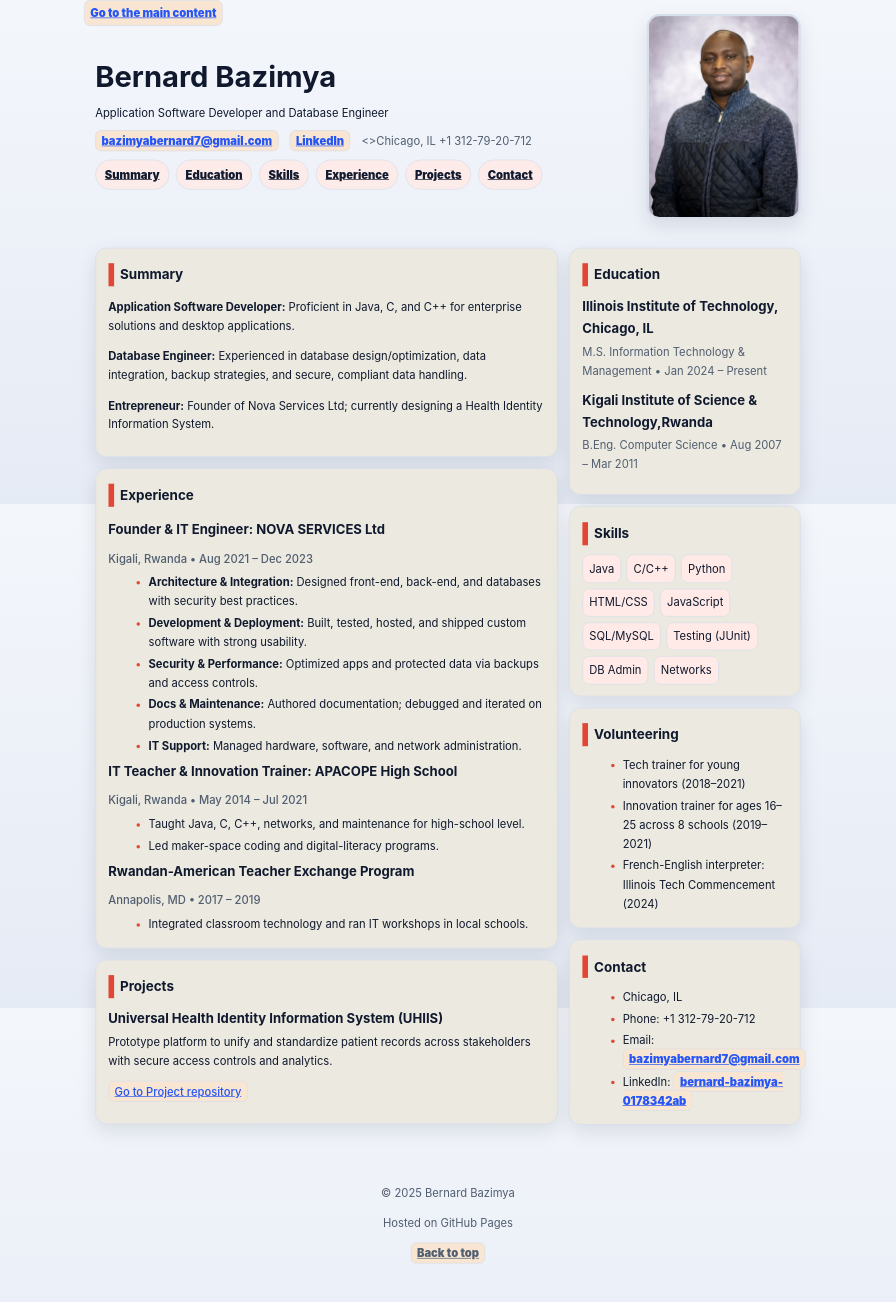
Repository: bbazimya/bernardbazimya-resume
Page: index.html
These files come from the project's save history. The page is drawn as it stood at one moment and after a run of saves; the edit follows.
The browser window is 1280 px wide. The pictures show the whole page, at 70% of full size.
Backgrounds fixed to the window are drawn as part of the page. Some web fonts or font styles are not loaded; a fallback is used.

Above is the page before, as saved 2025-09-14 00:33:55.

### index.html
<!DOCTYPE html>
<html lang="en">
<head>
  <meta charset="utf-8" />
  <meta name="viewport" content="width=device-width, initial-scale=1" />
  <title>Bernard Bazimya-Resume</title>

  <!-- Google Web Fonts: I am using these links -->
  <link rel="preconnect" href="https://fonts.googleapis.com">
<link rel="preconnect" href="https://fonts.gstatic.com" crossorigin>
<link href="https://fonts.googleapis.com/css2?family=FAMILY_NAME:wght@WEIGHT_OR_RANGE&display=swap" rel="stylesheet">


  <!-- For my Styles -->
  <link rel="stylesheet" href="styles.css">
</head>

<body class="page">
 <a class="skiplink" href="#main">Go to the main content</a>

  <!--Header -->
  <header id="top" class="site-header container">
    <div class="header__text">
      <h1 class="site-title">Bernard Bazimya</h1>
      <p class="site-subtitle">Application Software Developer and Database Engineer</p>

      <!-- my contacts -->
      <ul class="contact-inline">
        <li><a href="Mail to:bazimyabernard7@gmail.com">bazimyabernard7@gmail.com</a></li>
        <li><a href="https://www.linkedin.com/in/bernard-bazimya-0178342ab/">LinkedIn</a></li>
        <li><span><>Chicago, IL  +1&nbsp;312-79-20-712</span></li>
      </ul>

      <!-- Primary nav -->
      <nav class="nav" aria-label="Resume sections">
        <ul class="nav__list">
          <li class="nav__item"><a class="nav__link" href="#summary">Summary</a></li>
          <li class="nav__item"><a class="nav__link" href="#education">Education</a></li>
          <li class="nav__item"><a class="nav__link" href="#skills">Skills</a></li>
          <li class="nav__item"><a class="nav__link" href="#experience">Experience</a></li>
          <li class="nav__item"><a class="nav__link" href="#projects">Projects</a></li>
          <li class="nav__item"><a class="nav__link" href="#contact">Contact</a></li>
        </ul>

      </nav>
    </div>

    <!--insertion of my profile picture -->
    <figure class="header__photo">
          <img src="PICS/BERNARD_BAZIMYA.PNG" alt="my professional picture" />
      <figcaption class="visually-hidden">Bernard Bazimya profile picture</figcaption>
    </figure>
  </header>

  <!--Main-->
  <main id="main" class="container">
    <div class="layout">
      <!-- Main column -->
      <div class="layout__main">
        <section id="summary" class="card section">
          <h2 class="section__title">Summary</h2>
          <p><strong>Application Software Developer:</strong> Proficient in Java, C, and C++ for enterprise solutions and desktop applications.</p>
          <p><strong>Database Engineer:</strong> Experienced in database design/optimization, data integration, backup strategies, and secure, compliant data handling.</p>
          <p><strong>Entrepreneur:</strong> Founder of Nova Services Ltd; currently designing a Health Identity Information System.</p>
        </section>

        <section id="experience" class="card section">
          <h2 class="section__title">Experience</h2>

          <article class="job">
            <header class="job__header">
              <h3 class="job__title">Founder &amp; IT Engineer: NOVA SERVICES Ltd</h3>
              <p class="job__meta">Kigali, Rwanda • Aug&nbsp;2021 – Dec&nbsp;2023</p>
            </header>
            <ul class="list">
              <li><strong>Architecture &amp; Integration:</strong> Designed front-end, back-end, and databases with security best practices.</li>
              <li><strong>Development &amp; Deployment:</strong> Built, tested, hosted, and shipped custom software with strong usability.</li>
              <li><strong>Security &amp; Performance:</strong> Optimized apps and protected data via backups and access controls.</li>
              <li><strong>Docs &amp; Maintenance:</strong> Authored documentation; debugged and iterated on production systems.</li>
              <li><strong>IT Support:</strong> Managed hardware, software, and network administration.</li>
            </ul>
          </article>

          <article class="job">
            <header class="job__header">
              <h3 class="job__title">IT Teacher &amp; Innovation Trainer: APACOPE High School</h3>
              <p class="job__meta">Kigali, Rwanda • May&nbsp;2014 – Jul&nbsp;2021</p>
            </header>
            <ul class="list">
              <li>Taught Java, C, C++, networks, and maintenance for high-school level.</li>
              <li>Led maker-space coding and digital-literacy programs.</li>
            </ul>
          </article>

          <article class="job">
            <header class="job__header">
              <h3 class="job__title">Rwandan-American Teacher Exchange Program</h3>
              <p class="job__meta">Annapolis, MD • 2017 – 2019</p>
            </header>
            <ul class="list">
              <li>Integrated classroom technology and ran IT workshops in local schools.</li>
            </ul>
          </article>
        </section>

        <section id="projects" class="card section">
          <h2 class="section__title">Projects</h2>
          <article class="project">
            <h3 class="project__title">Universal Health Identity Information System (UHIIS)</h3>
            <p class="project__desc">Prototype platform to unify and standardize patient records across stakeholders with secure access controls and analytics.</p>
            <p><a class="project__link" href="https://github.com/bbazimya/universal_id">Go to Project repository</a></p>
          </article>
        </section>
      </div>

      <!-- Sidebar column -->
      <aside class="layout__side">
        <section id="education" class="card section">
          <h2 class="section__title">Education</h2>
          <article class="edu">
            <h3 class="edu__school">Illinois Institute of Technology, Chicago, IL</h3>
            <p class="edu__details">M.S. Information Technology &amp; Management • Jan&nbsp;2024 – Present</p>
          </article>
          <article class="edu">
            <h3 class="edu__school">Kigali Institute of Science &amp; Technology,Rwanda</h3>
            <p class="edu__details">B.Eng. Computer Science  • Aug&nbsp;2007 – Mar&nbsp;2011</p>
          </article>
        </section>

        <section id="skills" class="card section">
          <h2 class="section__title">Skills</h2>
          <ul class="tags">
            <li>Java</li><li>C/C++</li><li>Python</li><li>HTML/CSS</li><li>JavaScript</li>
            <li>SQL/MySQL</li><li>Testing (JUnit)</li><li>DB Admin</li><li>Networks</li>
          </ul>
        </section>

		 <section id="volunteering" class="card section">
          <h2 class="section__title">Volunteering</h2>
          <ul class="list">
            <li>Tech trainer for young innovators (2018–2021)</li>
            <li>Innovation trainer for ages 16–25 across 8 schools (2019–2021)</li>
            <li>French-English interpreter: Illinois Tech Commencement (2024)</li>
          </ul>
        </section>

        <section id="contact" class="card section">
          <h2 class="section__title">Contact</h2>
          <ul class="list">
            <li>Chicago, IL</li>
            <li>Phone: +1&nbsp;312-79-20-712</li>
            <li>Email: <a href="Mail to:bazimyabernard7@gmail.com">bazimyabernard7@gmail.com</a></li>
            <li>LinkedIn: <a href="https://www.linkedin.com/in/bernard-bazimya-0178342ab/">bernard-bazimya-0178342ab</a></li>
          </ul>
        </section>


      </aside>
    </div>
  </main>

  <!-- ========= Footer ========= -->
  <footer class="site-footer container">
    <p>&copy; 2025 Bernard Bazimya </p>
	 <p>Hosted on GitHub Pages</p>
    <p><a href="#top">Back to top</a></p>
  </footer>
</body>
</html>

### styles.css
/* Initial color settings*/
:root{
  --bg-start: hsl(219 48% 97%);
  --bg-end:   hsl(219 44% 93%);
  --surface:  hsl(49, 22%, 90%);

  --ink:      hsl(222 47% 12%);
  --muted:    hsl(215 16% 38%);
  --accent:   hsl(6 75% 55%);
  --link:     hsl(226 90% 55%);

  --border:   hsl(214 32% 88%);
  --shadow:   0 10px 28px rgba(14,22,40,.10);
}

@media (prefers-color-scheme: dark){
  :root{
    --bg-start: hsl(222 28% 10%);
    --bg-end:   hsl(222 28% 14%);
    --surface:  hsl(222 28% 18%);

    --ink:      hsl(210 40% 98%);
    --muted:    hsl(218 16% 72%);
    --accent:   hsl(6 75% 60%);
    --link:     hsl(226 90% 70%);

    --border:   hsl(222 18% 30%);
    --shadow:   0 12px 34px rgba(0,0,0,.45);
  }
}

/* Elements  */

*{box-sizing:border-box}

html,body
{height:100%;
}
body{
  margin:0;
  font-family:"Inter",system-ui,-apple-system,Segoe UI,Roboto,Ubuntu,Cantarell,"Helvetica Neue",Arial,sans-serif;
  font-size:16px;
  line-height:1.7;
  color:var(--ink);
  background:linear-gradient(180deg,var(--bg-start),var(--bg-end)) fixed;
}


a{

  color: var(--link);
  font-family: "Inter", system-ui, -apple-system, Segoe UI, Roboto, Arial, sans-serif;
  font-weight: 1000;

  background:hsl(31, 73%, 90%);
  padding: .25rem .5rem;
  border-radius: .5rem;
  border: 1px solid var(--border);
  transition: background .15s ease, color .15s ease, border-color .15s ease, transform .06s ease;
}


a:hover
{text-decoration:underline
}
.visually-hidden{
position:absolute!important;
width:1px;
height:1px;
margin:-1px;
padding:0;
overflow:hidden;
clip:rect(0 0 0 0);
border:0
}

/* ========= Containers / Layout ========= */
.container{max-width:1040px;margin:auto;padding:0 1rem}
.site-header{
  display:flex;gap:1.25rem 1.5rem;align-items:center;flex-wrap:wrap;padding:1.25rem 1rem 0;
}
.header__text{flex:1 1 420px;min-width:260px}
.header__photo{margin:0 0 0 auto;order:2}
.header__photo img{
  width:220px;max-width:42vw;aspect-ratio:3/4;height:auto;
  object-fit:cover;object-position:center;
  border-radius:18px;border:3px solid var(--border);
  box-shadow:var(--shadow);background:#fff;
}

.site-title{font-size:clamp(1.8rem,3.8vw,2.6rem);
margin:.2rem 0 0
}
.site-subtitle{
	color:var(--ink);
	margin:.25rem 0 .75rem
	}

.contact-inline{list-style:none;margin:.8rem 0 0;
padding:0;display:flex;flex-wrap:wrap;gap:.6rem 1rem;
color:var(--muted)}
.contact-inline a{color:var(--link)}
a:hover{background:var(--accent);border-color:var(--accent);color:#fff;transform:translateY(-1px)}


.nav__list{
list-style:none;margin:.75rem 0 0;
padding:0;
display:flex;flex-wrap:wrap;gap:.5rem .6rem}
.nav__link{
  display:inline-block;
  padding:.45rem .8rem;
  border:1px solid var(--border);
  border-radius:999px;
  background:var(--surface);
  color:var(--ink);
  background-color:hsl(9, 76%, 95%);
  transition:transform .06s ease, border-color .15s ease, color .15s ease, background .15s ease;
}
.nav__link:hover{background:var(--accent);border-color:var(--accent);color:#fff;transform:translateY(-1px)}

/* Main grid */
.layout{display:grid;gap:1rem;margin:1rem 0 2rem}
.layout__main{min-width:0}
.layout__side{min-width:0}
@media (min-width:960px){
  .layout{grid-template-columns:2fr 1fr}
}

/* Sections / Cards*/
.card{
  background:var(--surface);
  border:1px solid var(--border);
  border-radius:16px;
  padding:1.1rem 1.1rem 1rem;
  box-shadow:var(--shadow);
}
.section{margin:1rem 0}
.section__title{
  margin:.25rem 0 .85rem;
  font-size:1.2rem;font-weight:700;
  border-left:8px solid var(--accent);
  padding-left:.55rem;
}

/*  Lists / Tags */
.list{margin:.4rem 0 .25rem 1.1rem}
.list li{margin:.25rem 0}
.list li::marker{color:var(--accent)}

.tags{display:flex;flex-wrap:wrap;gap:.5rem;list-style:none;margin:.25rem 0 0;padding:0}
.tags li{
  padding:.35rem .55rem;border-radius:10px;
  background:color-mix(in oklab, var(--accent) 12%, white 88%);
  color:var(--ink);border:1px solid var(--border);
}

/*Blocks*/
.job__header{display:flex;justify-content:space-between;align-items:flex-end;gap:.75rem;flex-wrap:wrap}
.job__title{margin:.2rem 0 0;font-weight:700}
.job__meta{margin:0;color:var(--muted);font-weight:500}

.edu{margin:.4rem 0 .8rem}
.edu__school{margin:.2rem 0 0}
.edu__details{margin:.2rem 0 0;color:var(--muted)}

.project__title{margin:.2rem 0 .25rem}
.project__desc{margin:.2rem 0 .5rem}
.project__link{font-weight:500}

/*Footer*/
.site-footer{padding:1.25rem 1rem 2.5rem;text-align:center;color:var(--muted)}
.site-footer a{color:inherit;text-decoration:underline}

/*Skiplink*/
.skiplink{
  position:absolute;left:120px;top:auto;width:auto;height:auto;
}

.skiplink:hover{
 background:var(--accent);border-color:var(--accent);color:#fff;transform:translateY(-1px)
}

/* for print */
@media print{
  :root{--bg-start:#fff;--bg-end:#fff;--surface:#fff;--border:#ddd}
  body{background:#fff;font-size:12px}
  .nav,.skiplink,.site-footer{display:none}
  .container{max-width:100%;padding:0}
  .card{box-shadow:none;border-color:#ccc}
  .header__photo img{border:none;box-shadow:none}
}

After the next 2 saves:
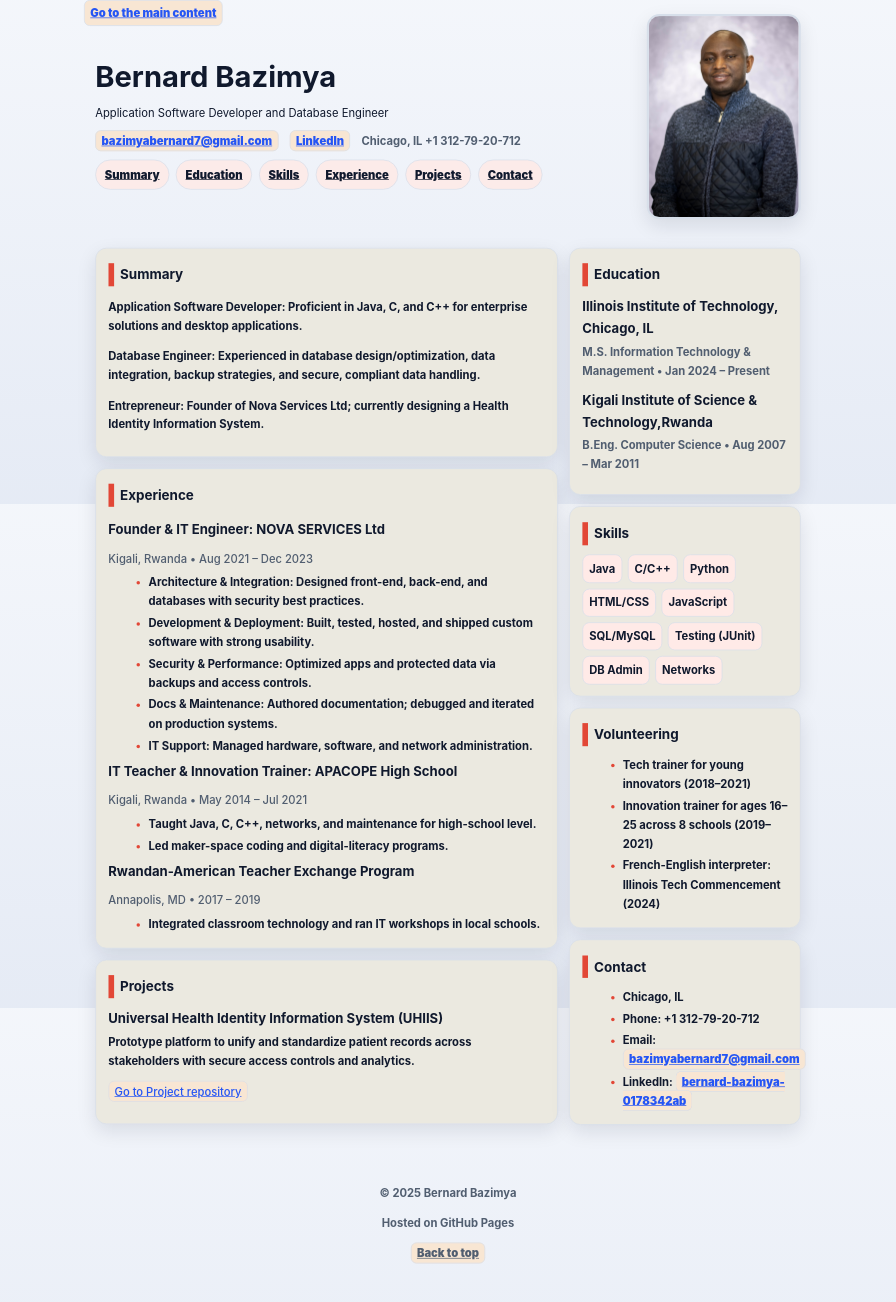
The 2 saves are shown as one change because they came seconds apart.
The last was saved 8 s later.
--- a/index.html
+++ b/index.html
@@ -28,7 +28,7 @@
       <ul class="contact-inline">
         <li><a href="Mail to:bazimyabernard7@gmail.com">bazimyabernard7@gmail.com</a></li>
         <li><a href="https://www.linkedin.com/in/bernard-bazimya-0178342ab/">LinkedIn</a></li>
-        <li><span><>Chicago, IL  +1&nbsp;312-79-20-712</span></li>
+        <li><span><strong>Chicago, IL  +1&nbsp;312-79-20-712</span></li>
       </ul>
 
       <!-- Primary nav -->

After the 2 saves that followed:
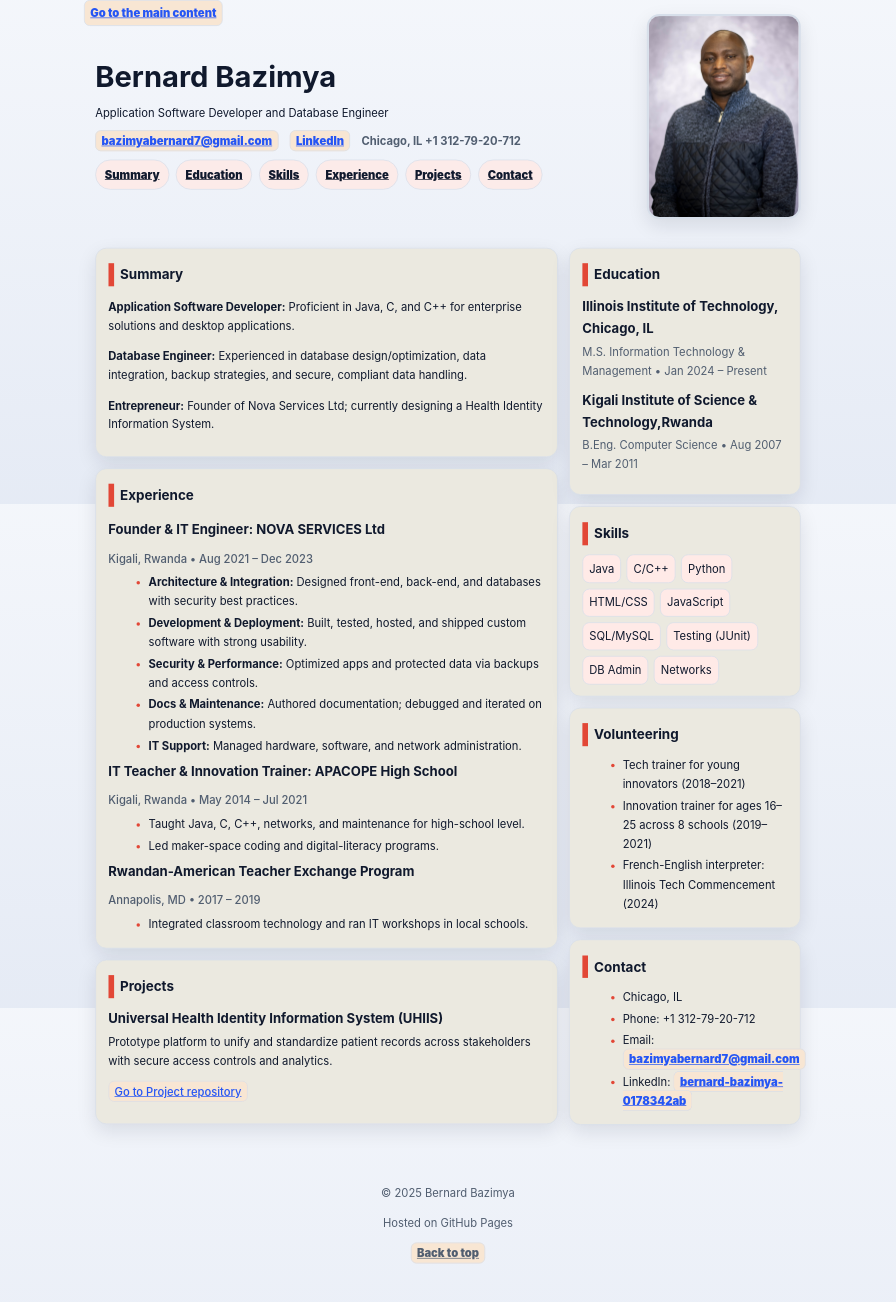
The 2 saves are shown as one change because they came seconds apart.
The last was saved 9 s later.
--- a/index.html
+++ b/index.html
@@ -28,7 +28,7 @@
       <ul class="contact-inline">
         <li><a href="Mail to:bazimyabernard7@gmail.com">bazimyabernard7@gmail.com</a></li>
         <li><a href="https://www.linkedin.com/in/bernard-bazimya-0178342ab/">LinkedIn</a></li>
-        <li><span><strong>Chicago, IL  +1&nbsp;312-79-20-712</span></li>
+        <li><span><strong>Chicago, IL  +1&nbsp;312-79-20-712</strong></span></li>
       </ul>
 
       <!-- Primary nav -->
